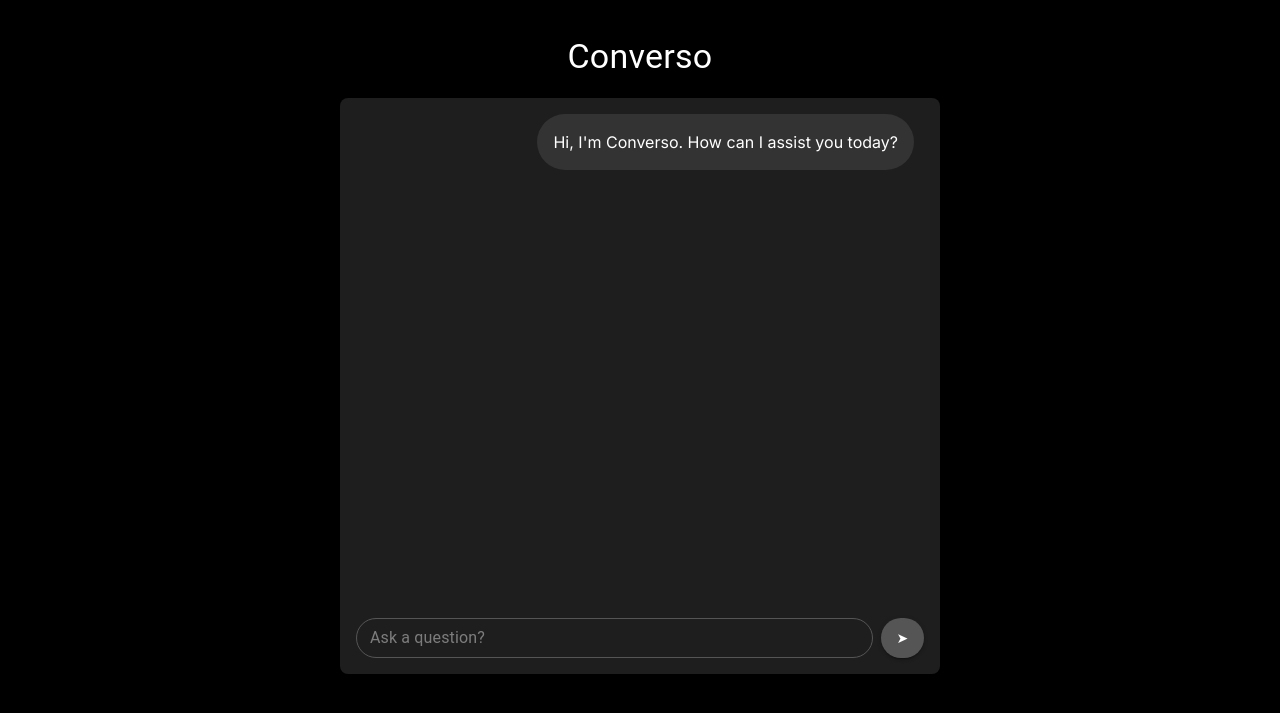
Repository: fardardnsyh/Project-52
Page: /
An editor plug-in stored every save of this project. The page is shown before and after the next save, followed by the edit.
The browser window is 1280 px wide. The pictures show the whole page.
The project was rebuilt for these pictures with package versions that can differ from the ones it lists, and the page was loaded fresh each time. The framework's server and built-in components were replaced by stand-ins that run in the browser. Also part of the build but not shown: next.config.mjs.

Above is the page before, as saved 2024-08-10 15:35:10.

After the next save:
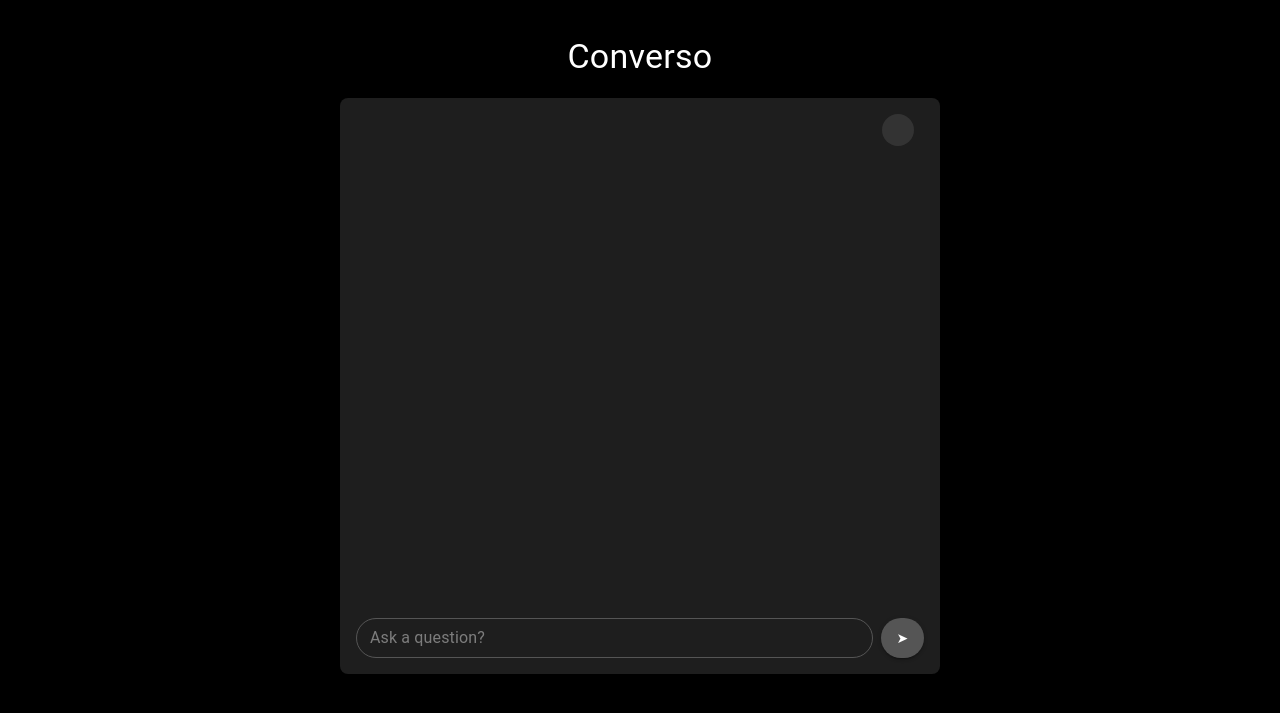
Saved 8 h 33 min later.
--- a/src/app/page.tsx
+++ b/src/app/page.tsx
@@ -131,7 +131,7 @@
                 maxWidth="80%"
                 sx={{ position: "relative" }}
               >
-                {msg.content}
+                {msg.content.content}
                 {msg.role === "assistant" && isTyping && (
                   <Box
                     sx={{

After the save that followed:
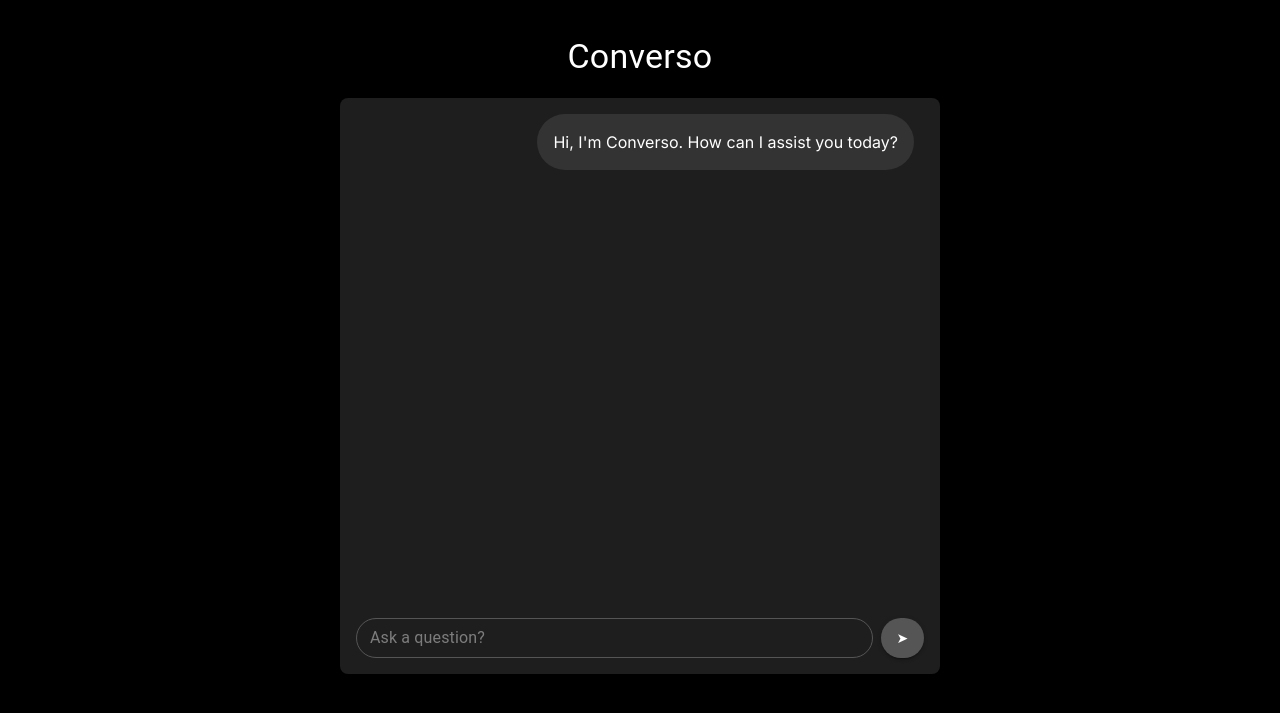
Saved 23 s later.
--- a/src/app/page.tsx
+++ b/src/app/page.tsx
@@ -131,7 +131,7 @@
                 maxWidth="80%"
                 sx={{ position: "relative" }}
               >
-                {msg.content.content}
+                {msg.content}
                 {msg.role === "assistant" && isTyping && (
                   <Box
                     sx={{
